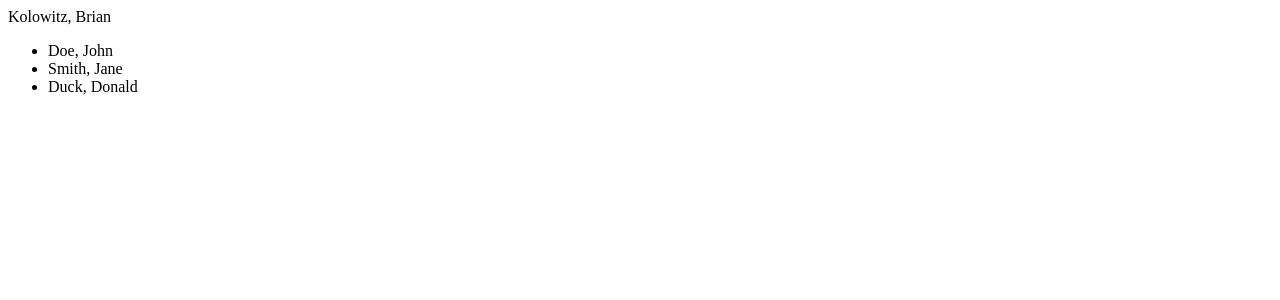
Repository: BrianKolowitz/infsci2560_samples
Page: public_html/week6/json.html
The author's editor kept a record of every edit. The page is drawn from the files as they stood at one moment, then again after the next edit.
The browser window is 1280 px wide. The pictures show the whole page.

Above is the page before.

After the next edit:
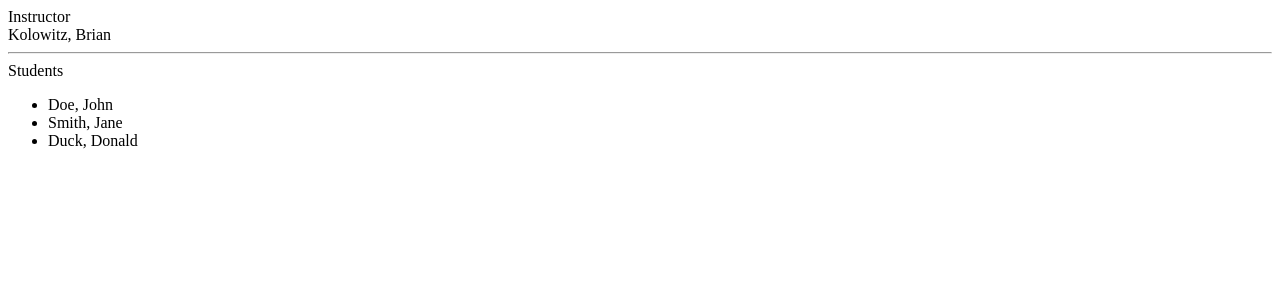
The edit:
--- a/public_html/week6/json.html
+++ b/public_html/week6/json.html
@@ -31,7 +31,7 @@
         </script>
     </head>
     <body onload="init()">
-        <div id='instructor'></div>
-        <ul id='students'></ul>
+        Instructor<div id='instructor'></div><hr/>
+        Students<div><ul id='students'></ul></div>
     </body>
 </html>
